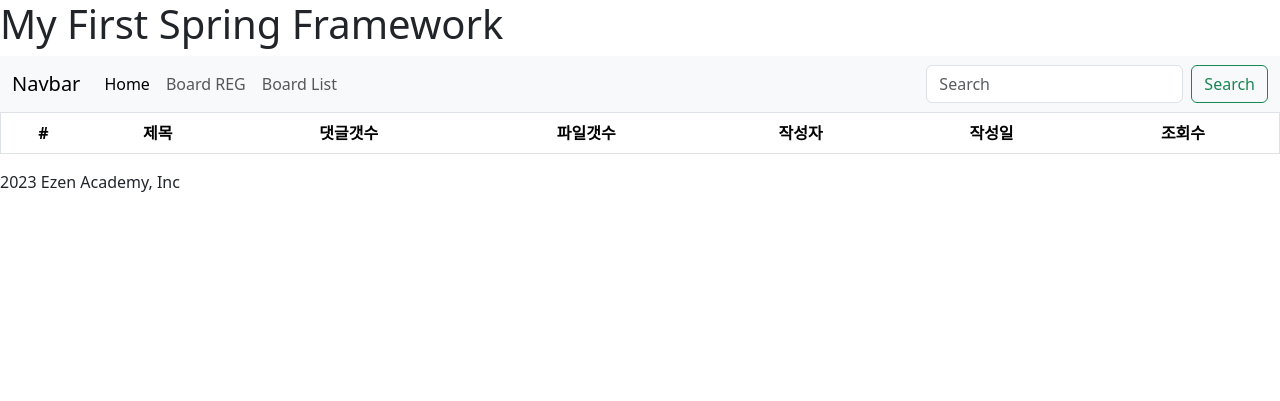
Repository: dfhdfhdfsza/springFinal
Page: http://localhost/springFinal/WEB-INF/views/board/list.jsp
An editor plug-in stored every save of this project. The page is shown before and after the next save, followed by the edit.
The browser window is 1280 px wide. The pictures show the whole page.
The page is served by Tomcat 9. Nobody is signed in. The template is opened directly, without the code that normally fills it, so the values that code supplies are empty.

Above is the page before, as saved 2023-10-18 11:48:56.

After the next save:
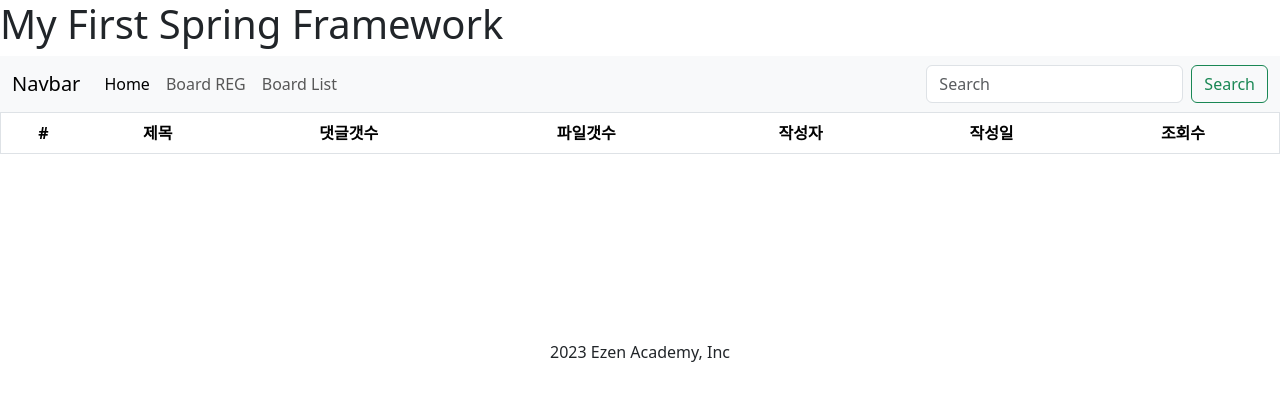
Saved 11 min 13 s later.
--- a/springFinal/src/main/webapp/WEB-INF/views/common/footer.jsp
+++ b/springFinal/src/main/webapp/WEB-INF/views/common/footer.jsp
@@ -1,5 +1,5 @@
 <%@ page language="java" contentType="text/html; charset=UTF-8"
-    pageEncoding="UTF-8"%>
+	pageEncoding="UTF-8"%>
 <!DOCTYPE html>
 <html>
 <head>
@@ -7,6 +7,8 @@
 <title>Insert title here</title>
 </head>
 <body>
-	<p>2023 Ezen Academy, Inc</p>
+	<div class="position-absolute top-50 start-50 translate-middle">
+		<p>2023 Ezen Academy, Inc</p>
+	</div>
 </body>
 </html>

After the save that followed:
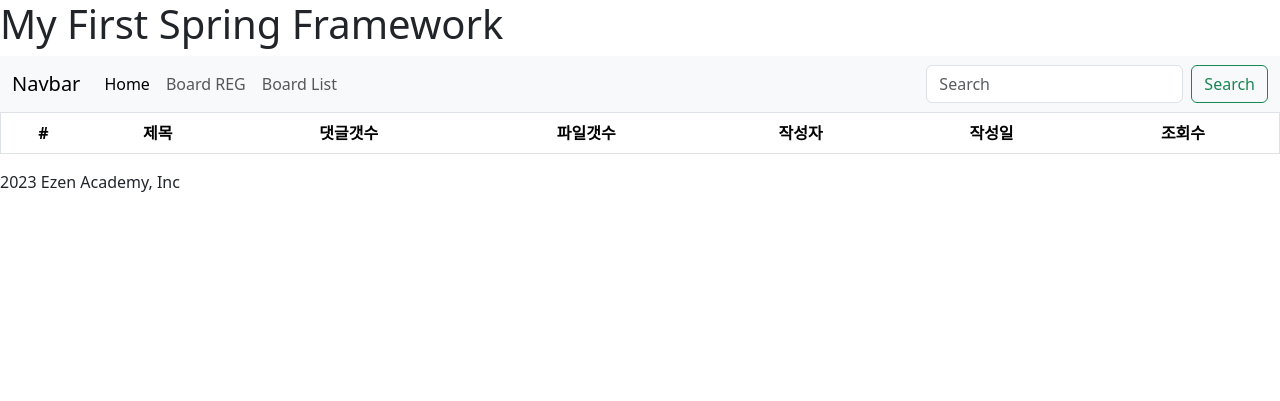
Saved 8 s later.
--- a/springFinal/src/main/webapp/WEB-INF/views/common/footer.jsp
+++ b/springFinal/src/main/webapp/WEB-INF/views/common/footer.jsp
@@ -1,5 +1,5 @@
 <%@ page language="java" contentType="text/html; charset=UTF-8"
-	pageEncoding="UTF-8"%>
+    pageEncoding="UTF-8"%>
 <!DOCTYPE html>
 <html>
 <head>
@@ -7,8 +7,7 @@
 <title>Insert title here</title>
 </head>
 <body>
-	<div class="position-absolute top-50 start-50 translate-middle">
-		<p>2023 Ezen Academy, Inc</p>
-	</div>
+
+	<p>2023 Ezen Academy, Inc</p>
 </body>
 </html>
